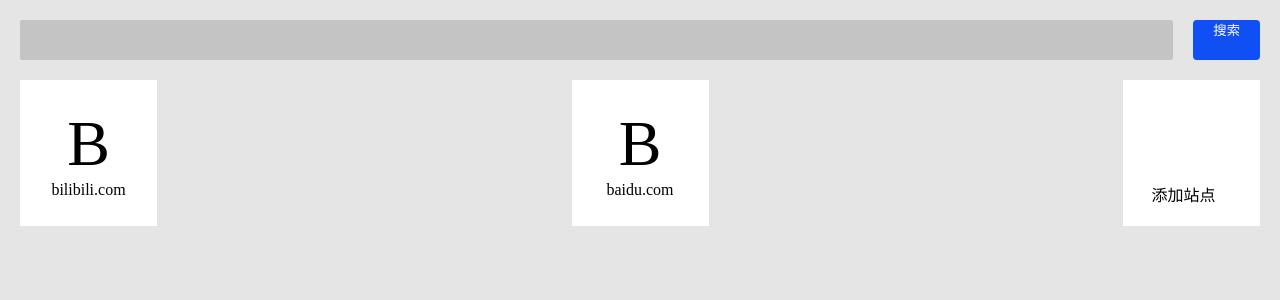
Repository: chenguocan/-
Page: src/index.html
These files come from the project's save history. The page is drawn as it stood at one moment and after the next save; the edit follows.
The browser window is 1280 px wide. The pictures show the whole page.

Above is the page before, as saved 2020-08-12 14:29:08.

### src/index.html
<!DOCTYPE html>
<html lang="en">

<head>
    <meta charset="UTF-8">
    <meta name="viewport"
        content="width=device-width,initial-scale=1,minimum-scale=1,maximum-scale=1,user-scalable=no,viewport-fit=cover">
    <meta http-equiv="X-UA-Compatible" content="ie=edge">
    <title>前端导航</title>
    <link rel="stylesheet" href="./style.css">
    <style type="text/css">
        .icon {
            width: 1em;
            height: 1em;
            vertical-align: -0.15em;
            fill: currentColor;
            overflow: hidden;
        }
    </style>
</head>

<body>
    <header class="globalHeader">
        <form class="searchForm" method="get" action="https://www.baidu.com/s">
            <input name="wd" type="text" />
            <button class="searchButton">搜索</button>
        </form>
    </header>
    <main class="globalMain">
        <ul class="siteList">
            <li class="addButton">
                <div class="logo">
                    <svg class="icon" aria-hidden="true" style="width: 5em; height:5em">
                        <use xlink:href="#icon-jiahao"></use>
                    </svg>
                    <div class="site">添加站点</div>
                </div>
            </li>
        </ul>
    </main>
    <script src="https://cdn.bootcdn.net/ajax/libs/jquery/3.5.1/jquery.slim.min.js"></script>
    <script src="//at.alicdn.com/t/font_2000749_640re2b3w3g.js"></script>
    <script src="./main.js"></script>
</body>

</html>

### src/style.css
*{
    margin: 0;
    padding: 0;
    box-sizing: border-box;
}
*::before{
    margin: 0;
    padding: 0;
    box-sizing: border-box;
}
*::after{
    margin:0;
    padding: 0;
    box-sizing: border-box;
}
body{
    background:#E5E5E5;
}
ul>li{
    list-style: none;
}
a{
    text-decoration: none;
    color: inherit;
}
.searchForm {
    margin:20px;
    display: flex;
    flex-direction: row;
    flex-wrap: nowrap;
    justify-content: space-between;
}
.globalHeader >.searchForm > input{
    width: 100%;
    border: none;
    height: 40px;
    border-radius: 2px;
    background: #C4C4C4;
    padding-left: 10px;
}
.globalHeader >.searchForm> .searchButton{
    display: flex;
    white-space: nowrap;
    border: none;
    color:white;
    margin-left: 20px;
    background:#0F4FF3;
    border-radius:4px;
    padding:0 20px;
}
.siteList{
    display: flex;
    flex-direction: row;
    justify-content: space-between;
    flex-wrap: wrap;
    margin:0 20px;
}
.siteList .siteBox,.addButton{
    display: flex;
    flex-direction: column;
    justify-content: center;
    align-items: center;
    flex-wrap: wrap;
    height: 146px;
    width: 137px;
    margin-bottom: 10px;
    background:#FFFFFF;
}
.siteList .siteBox>.logo{
    font-size: 64px;
}
.siteList .siteBox>.site{
    font-size:16px;
}
.delete{
    position: relative;
    display: none;
    cursor: pointer;
}
.delete>.icon{
    width: 30px;
    height: 30px;
    position: absolute;
    right: 0px;
    top:0px;
}
.siteList .site:hover>.delete{
    display: block;
}

### src/main.js
const $siteList = $(".siteList");
const $addButton = $(".addButton");
const $lastLi = $siteList.find('li.last')
const x = localStorage.getItem('x');
const xObject = JSON.parse(x);
const hashMap = xObject || [
    {
        logo: "B",
        url: "https://www.bilibili.com",
    },
    {
        logo: "D",
        url: "https://www.baidu.com"
    }
];
const replaceUrl = ((url) => {
    return url.replace("http://", "").replace("https://", "").replace("www.", "").replace(/\/.*/, '')
})
const hashMapList = () => {
    $siteList.find("li:not(.addButton)").remove();
    hashMap.forEach((item, index) => {
        let $string = $(`
    <li class="site">
        <div class="delete">
           <svg class="icon" aria-hidden="true">
                <use xlink:href="#icon-cha"></use>
           </svg>
        </div>
        <a href="${item.url}">
            <div class="siteBox">
                <div class="logo">${replaceUrl(item.url)[0].toUpperCase()}</div>
                <div class="site">${replaceUrl(item.url)}</div>
            </div>
        </a>
    </li>
    `).insertBefore($addButton);
        $(".delete>svg").on('click', (e) => {
            e.stopPropagation(); // 阻止冒泡
            hashMap.splice(index, 1);
            hashMapList();
        })
    })
}
hashMapList();
$addButton.on("click", () => {
    let addUrl = window.prompt("请输入要添加的站点");
    if (addUrl !== null) {
        let logo = replaceUrl(addUrl)[0].toUpperCase();
        let url = addUrl;
        if (addUrl.indexOf("https") === -1) {
            url = "https://" + addUrl;
        }
        //console.log(logo, url)
        let addList = {
            logo,
            url,
        };
        hashMap.push(addList);
        hashMapList();
    }
})
window.onbeforeunload = (() => {
    const value = JSON.stringify(hashMap);
    window.localStorage.setItem("x", value);
})

After the next save:
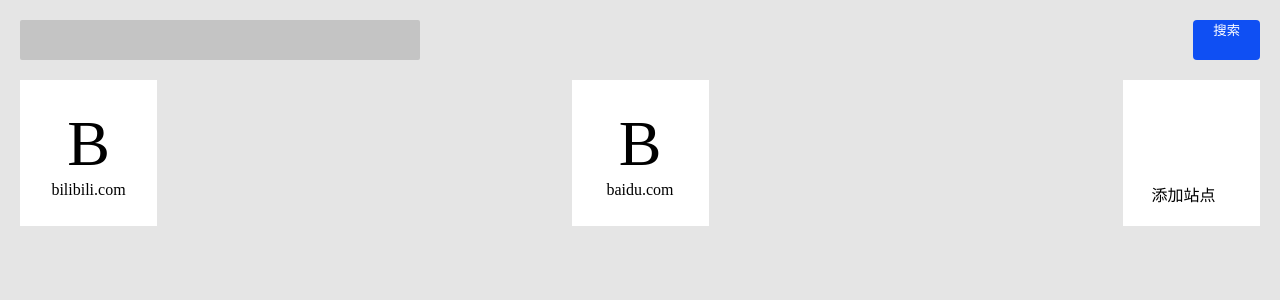
Saved 12 min 18 s later.
--- a/src/style.css
+++ b/src/style.css
@@ -37,6 +37,11 @@
     border-radius: 2px;
     background: #C4C4C4;
     padding-left: 10px;
+}
+@media(min-width:500px){
+    .globalHeader >.searchForm > input{
+        max-width: 400px;
+    }
 }
 .globalHeader >.searchForm> .searchButton{
     display: flex;
